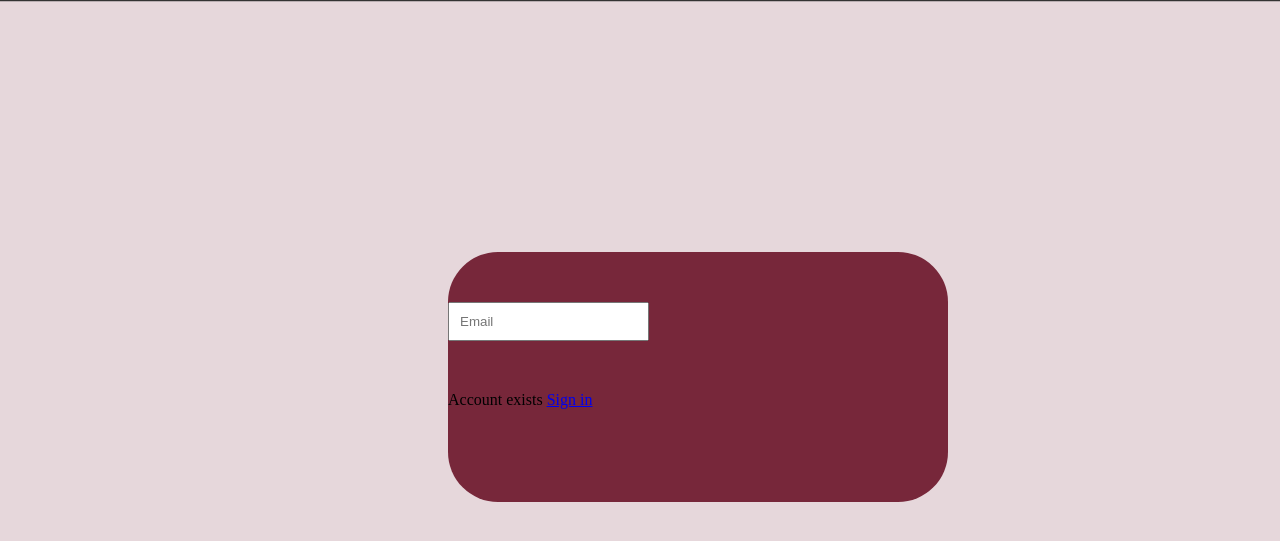
Repository: Kotya2001/FuzzyOps-App
Page: /register (app in frontend/my-app/)
These files come from the project's save history. The page is drawn as it stood at one moment and after the next save; the edit follows.
The browser window is 1280 px wide. The pictures show the whole page.
The project was rebuilt for these pictures with package versions that can differ from the ones it lists, and the page was loaded fresh each time. Also part of the build but not shown: frontend/my-app/src/pages/Item.js, frontend/my-app/src/pages/Base.js, frontend/my-app/src/pages/Login.js, frontend/my-app/src/pages/Resources.js.

Above is the page before, as saved 2022-09-18 17:43:33.

After the next save:
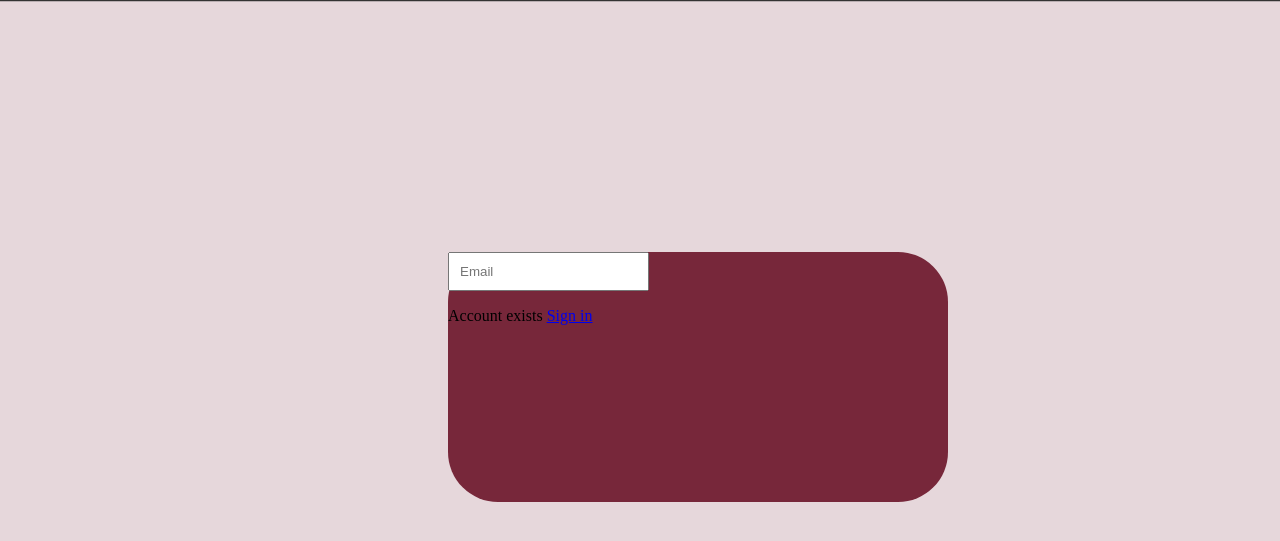
Saved 7 s later.
--- a/frontend/my-app/src/Styles.css
+++ b/frontend/my-app/src/Styles.css
@@ -110,7 +110,7 @@
 input {
   display:block;
   /* width:100%; */
-  margin:50px 0;
+  margin:50px 10;
   padding:10px;
 }
 

After the save that followed:
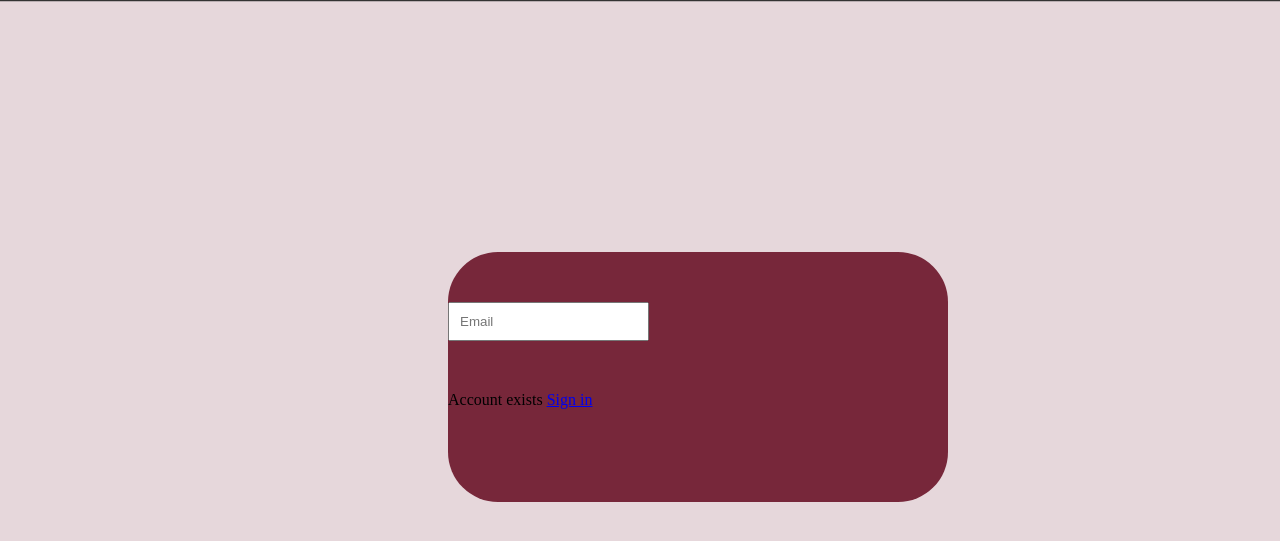
Saved 4 s later.
--- a/frontend/my-app/src/Styles.css
+++ b/frontend/my-app/src/Styles.css
@@ -110,7 +110,7 @@
 input {
   display:block;
   /* width:100%; */
-  margin:50px 10;
+  margin:50px 0;
   padding:10px;
 }
 
